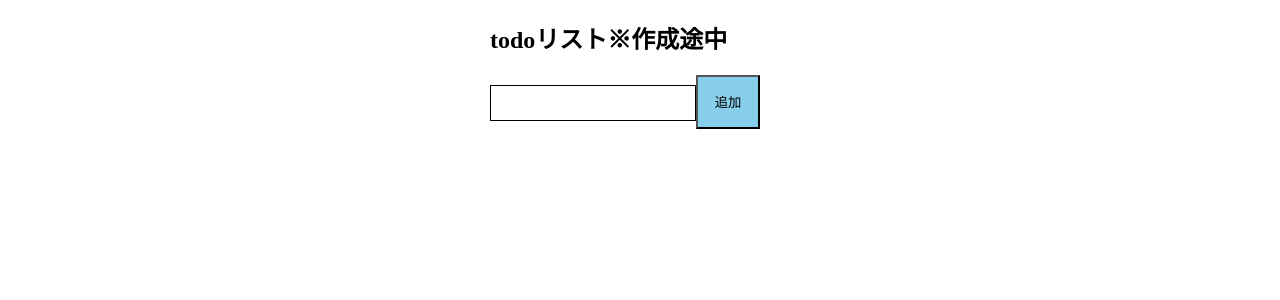
Repository: FujieRyou/react_practice
Page: /
An editor plug-in stored every save of this project. The page is shown before and after the next save, followed by the edit.
The browser window is 1280 px wide. The pictures show the whole page.
The project was rebuilt for these pictures with package versions that can differ from the ones it lists, and the page was loaded fresh each time. Also part of the build but not shown: vite.config.js, src/components/testComponent.jsx, src/components/countUp.jsx, src/components/switchFlag.jsx, src/components/props1.jsx, src/components/profile.jsx, src/components/ivent.jsx.

Above is the page before, as saved 2023-01-19 03:43:19.

After the next save:
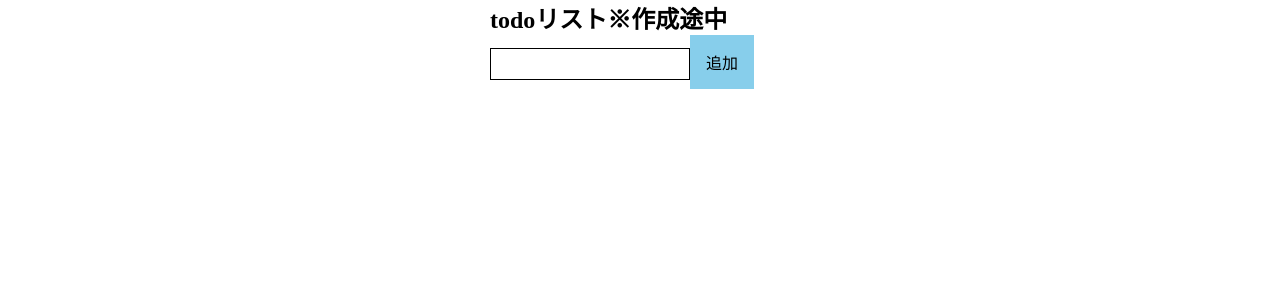
Saved 3 min 42 s later.
--- a/src/scss/style.scss
+++ b/src/scss/style.scss
@@ -1,3 +1,5 @@
+@forward "_ress";
+
 input{
     border: solid 1px black;
     width: 200px;
